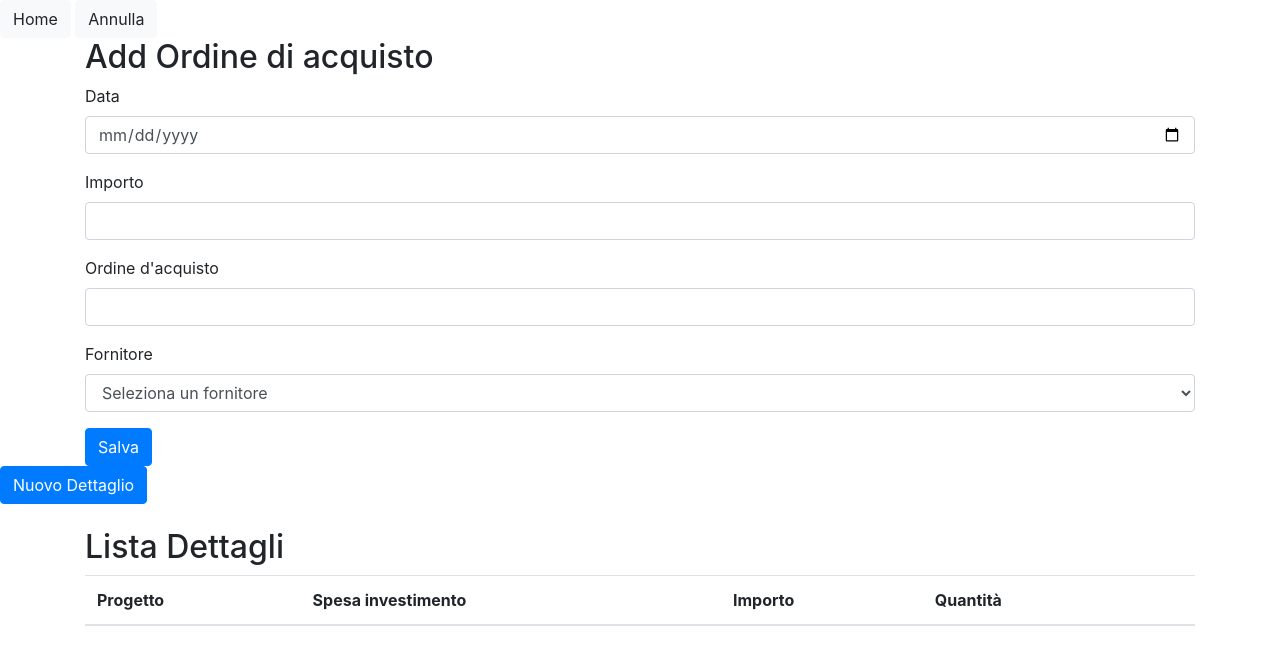
Repository: a-prezioso/Europcar-MultipleVersions-Framework
Page: http://localhost/EuropCarSpringNuovo/WEB-INF/views/OrdineAcquisto/AddOrdineConDettagli.jsp
The author's editor kept a copy of each file at every save. The page is drawn from the files as they stood at one save, then again after the next save.
The browser window is 1280 px wide. The pictures show the whole page.
The page is served by Tomcat 9. Nobody is signed in. Other server files are loaded and not shown. The template is opened directly, without the code that normally fills it, so the values that code supplies are empty.

Above is the page before, as saved 2020-06-20 07:57:42.

### EuropCarSpringNuovo/src/main/webapp/WEB-INF/views/OrdineAcquisto/AddOrdineConDettagli.jsp
<%@ page language="java" contentType="text/html; charset=ISO-8859-1" pageEncoding="ISO-8859-1"%>
<%@ taglib uri="http://www.springframework.org/tags" prefix="spring"%>
<%@ taglib uri="http://www.springframework.org/tags/form" prefix="form"%>
<%@ taglib uri="http://java.sun.com/jsp/jstl/core" prefix="c"%>
<!DOCTYPE html>
<html>
<head>
<meta charset="ISO-8859-1">
<title>Add Ordine Con Dettagli</title>
<link rel="stylesheet"
	href="https://maxcdn.bootstrapcdn.com/bootstrap/4.4.1/css/bootstrap.min.css">
<script
	src="https://ajax.googleapis.com/ajax/libs/jquery/3.4.1/jquery.min.js"></script>
<script
	src="https://cdnjs.cloudflare.com/ajax/libs/popper.js/1.16.0/umd/popper.min.js"></script>
<script
	src="https://maxcdn.bootstrapcdn.com/bootstrap/4.4.1/js/bootstrap.min.js"></script>
</head>
<a class="btn btn-light" href="http://localhost:8086/menu/List" role="button">Home</a>
<a class="btn btn-light"
	href="http://localhost:8086/OrdineAcquisto/Cerca" role="button">Annulla</a>
<body>
	<div class="container">
	<spring:url value="/OrdineAcquisto/SaveOrdine/" var="saveURL" />
		<form:form modelAttribute="oggettoOrdineTemporaneo" method="post" action="${saveURL}" cssClass="form">

		<h2>Add Ordine di acquisto</h2>
			<form:hidden path="idordineacquisto" />

			<div class="form-group">
				<label>Data</label>
				<form:input type = "date" path="data" cssClass="form-control" id="data" />
				<form:errors path="data" cssClass="error" />
			</div>
			<div class="form-group">
				<label>Importo</label>
				<form:input path="importo" cssClass="form-control" id="importo" />
				<form:errors path="importo" cssClass="error" />
			</div>
			<div class="form-group">
				<label>Ordine d'acquisto</label>
				<form:input path="ordineacquisto" cssClass="form-control" id="ordineacquisto" />
				<form:errors path="ordineacquisto" cssClass="error" />
			</div>

			<div class="form-group">
				<label>Fornitore</label>
				<form:select path="ofornitore" cssClass="form-control" id="ragionesociale">
					<form:option value="0">Seleziona un fornitore</form:option>
					<form:options items="${elencoFornitori}" itemValue="idfornitore" itemLabel="ragionesociale" />
				</form:select>
				<form:errors path="ofornitore" cssClass="error"/>
			</div>
			<button type="submit" class="btn btn-primary">Salva</button>
		</form:form>
	</div>
	<spring:url value="/OrdineAcquisto/AddDettagliSuccessivi/" var="addURL" />
				<a href="${addURL}" role="button" class="btn btn-primary">Nuovo Dettaglio</a>
	<br><br>
	<c:if test="${elencoDettagli.size() != 0 }">
		<div class="container">


				<h2>Lista Dettagli</h2>
				<table class="table table-striped">
					<thead>

						<th scope="row">Progetto</th>
						<th scope="row">Spesa investimento</th>
						<th scope="row">Importo</th>
						<th scope="row">Quantità</th>
						<th></th>
					</thead>
					<tbody>
						<c:forEach items="${elencoDettagli}" var="elenco">
							<tr>
								<td>${elenco.oprogetto.progetto}</td>
								<td>${elenco.ospesainvestimento.spesainvestimento}</td>
								<td>${elenco.importo}</td>
								<td>${elenco.quantita}</td>
								<td><spring:url
										value="/OrdineAcquisto/RimuoviDettagliTemporanei/${elenco.identifier}"
										var="deleteURL" /> <a href="${deleteURL}" role="button"
									class="btn btn-primary" onclick="return deleteConfirm()">Elimina</a>
								</td>
							</tr>
						</c:forEach>
					</tbody>
				</table>


			</div>
	</c:if>
</body>
</html>

After the next save:
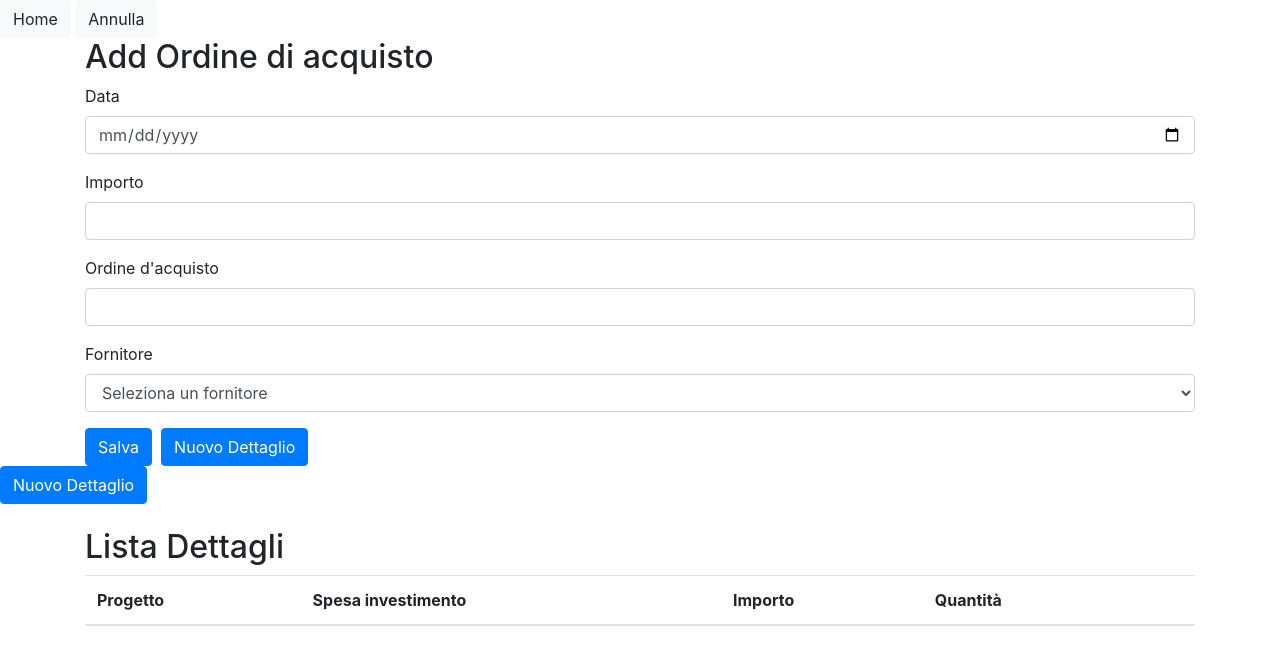
Saved 44 s later.
--- a/EuropCarSpringNuovo/src/main/webapp/WEB-INF/views/OrdineAcquisto/AddOrdineConDettagli.jsp
+++ b/EuropCarSpringNuovo/src/main/webapp/WEB-INF/views/OrdineAcquisto/AddOrdineConDettagli.jsp
@@ -51,7 +51,8 @@
 				</form:select>
 				<form:errors path="ofornitore" cssClass="error"/>
 			</div>
-			<button type="submit" class="btn btn-primary">Salva</button>
+			<button type="submit" class="btn btn-primary">Salva</button>&nbsp;<spring:url value="/OrdineAcquisto/AddDettagliSuccessivi/" var="addURL" />
+				<a href="${addURL}" role="button" class="btn btn-primary">Nuovo Dettaglio</a>
 		</form:form>
 	</div>
 	<spring:url value="/OrdineAcquisto/AddDettagliSuccessivi/" var="addURL" />
